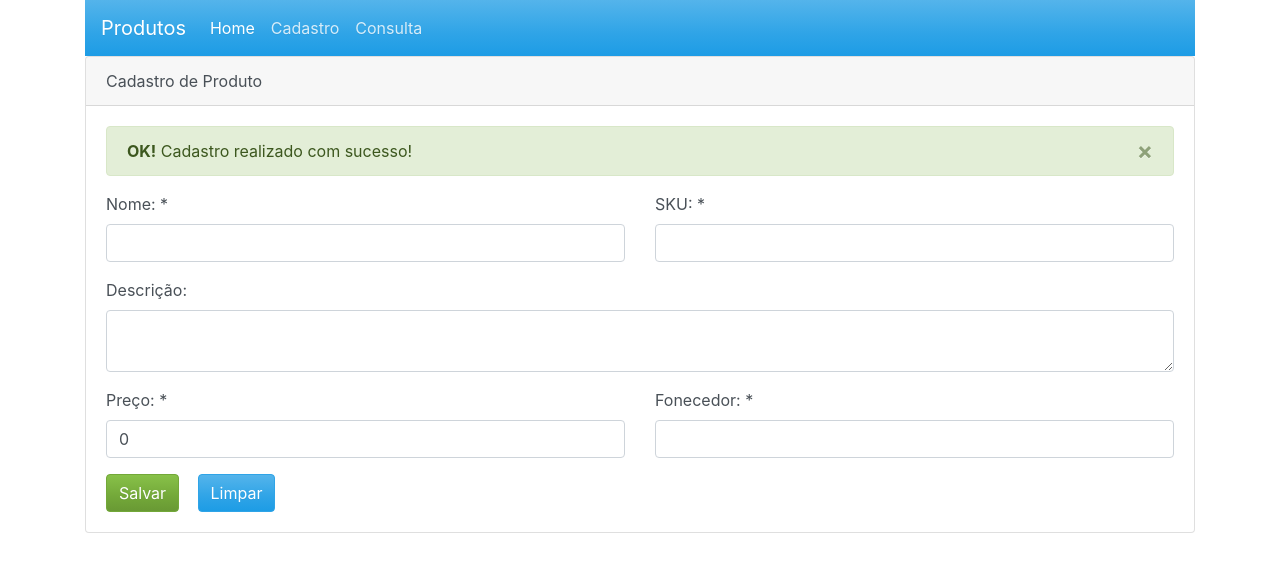
Repository: charles014/curso-react-2020
Page: /#/cadastro-produtos (app in cadastro-produtos/)
The author's editor kept a copy of each file at every save. The page is drawn from the files as they stood at one save, then again after a run of saves.
The browser window is 1280 px wide. The pictures show the whole page.
Some web libraries are served in a nearby version. The project was rebuilt for these pictures with package versions that can differ from the ones it lists, and the page was loaded fresh each time. Also part of the build but not shown: cadastro-produtos/src/index.css, cadastro-produtos/src/pages/home.js.

Above is the page before, as saved 2020-09-18 15:17:13.

### cadastro-produtos/src/index.js
import React from 'react';
import ReactDOM from 'react-dom';

import 'bootswatch/dist/cerulean/bootstrap.min.css';
import './index.css';
import App from './App';


ReactDOM.render(
  <React.StrictMode>
    <App />
  </React.StrictMode>,
  document.getElementById('root')
);

### cadastro-produtos/src/App.js
import React from 'react';
import Navbar from './components/navbar'
import Rotas from './rotas'

function App() {
  return (
    <>
      <div className='container'>
        <Navbar />
        <Rotas />
      </div>
    </>
  );
}

export default App;

### cadastro-produtos/src/components/navbar.js
import React from "react"


function Navbar() {

    return (
        <nav className="navbar navbar-expand-lg navbar-dark bg-primary">
            <a className="navbar-brand" href="#">Produtos</a>
            <button className="navbar-toggler"
                    type="button"
                    data-toggle="collapse"
                    data-target="#navbarColor01"
                    aria-controls="navbarColor01"
                    aria-expanded="false"
                    aria-label="Toggle navigation">
                <span className="navbar-toggler-icon"></span>
            </button>

            <div className="collapse navbar-collapse" id="navbarColor01">
                <ul className="navbar-nav mr-auto">
                    <li className="nav-item active">
                        <a className="nav-link" href="#">Home <span className="sr-only">(current)</span></a>
                    </li>
                    <li className="nav-item">
                        <a className="nav-link" href="#">Cadastro</a>
                    </li>
                    <li className="nav-item">
                        <a className="nav-link" href="#">Consulta</a>
                    </li>
                </ul>
            </div>
        </nav>

    )

}

export default Navbar

### cadastro-produtos/src/rotas.js
import React from 'react'
import { HashRouter, Switch, Route } from 'react-router-dom'

import Home from './pages/home'
import CadastroProduto from './pages/produtos/cadastro'

function Rotas(){
    return (

        <HashRouter>
            <Switch>
                <Route exact path="/" component={Home} />
                <Route exact path="/cadastro-produtos" component={CadastroProduto} />
            </Switch>
        </HashRouter>
    )
}

export default Rotas;

### cadastro-produtos/src/pages/produtos/cadastro.js
import React from 'react'
import ProdutosService from '../../app/produtoService'

const estadoInicial = {
     nome: '',
     sku: '',
     descricao: '',
     preco: 0.00,
     fornecedor: '',
     sucesso: false
}
class CadastroProduto extends React.Component {

     state = estadoInicial

     constructor(){
          super()
          this.service = new ProdutosService();
     }

     onChange = (event) => {
          const valor = event.target.value
          const nomeDoCampo = event.target.name
          this.setState({ [nomeDoCampo]: valor })
     }

     onSubmit = (event) => {

          const produto = {
               nome: this.state.nome,
               sku: this.state.sku,
               descricao: this.state.descricao,
               preco: this.state.preco,
               fornecedor: this.state.fornecedor

          }
          this.service.salvar(produto)
          this.limpaCampos()
          console.log('SALVO COM SUCESSO!')
     }

     limpaCampos = () =>{
          this.setState(estadoInicial)
     }


     render() {
          return (
               <div className="card">
                    <div className="card-header">
                         Cadastro de Produto
                    </div>
                    <div className="card-body">
                         <div v-if="sucesso">
                         <div class="alert alert-dismissible alert-success">
                         <button type="button" className="close" data-dismiss="alert">&times;</button>
                         <strong>OK!</strong> Cadastro realizado com sucesso!
                         </div>
                         </div>
                         <div className="row">
                              <div className="col-md-6">
                                   <div className="form-group">
                                        <label>Nome: * </label>
                                        <input onChange={this.onChange} type="text" name="nome" value={this.state.nome} required className="form-control" />
                                   </div>
                              </div>
                              <div className="col-md-6">
                                   <div className="form-group">
                                        <label>SKU: * </label>
                                        <input onChange={this.onChange} type="text" name="sku" value={this.state.sku} className="form-control" />
                                   </div>
                              </div>
                         </div>
                         <div className="row">
                              <div className="col-md-12">
                                   <div className="form-group">
                                        <label>Descrição:</label>
                                        <textarea onChange={this.onChange} name="descricao" className="form-control" value={this.state.descricao} />

                                   </div>
                              </div>
                         </div>
                         <div className="row">
                              <div className="col-md-6">
                                   <div className="form-group">
                                        <label>Preço: * </label>
                                        <input onChange={this.onChange} name="preco" type="text" value={this.state.preco} className="form-control" />
                                   </div>
                              </div>
                              <div className="col-md-6">
                                   <div className="form-group">
                                        <label>Fonecedor: * </label>
                                        <input onChange={this.onChange} name="fornecedor" type="text" value={this.state.fornecedor} className="form-control" />
                                   </div>
                              </div>
                         </div>

                         <div className="row">
                              <div className="col-md-1">
                                   <button onClick={this.onSubmit} className="btn btn-success">Salvar </button>
                              </div>
                              <div className="col-md-1">
                                   <button onClick={this.limpaCampos} className="btn btn-primary">Limpar </button>
                              </div>
                         </div>
                    </div>
               </div>

          )

     }


}

export default CadastroProduto

### cadastro-produtos/src/app/produtoService.js
import React  from 'react'

const PRODUTOS = '_PRODUTOS'

export default class ProdutoService{

  salvar = (produto)=> {
        let produtos = localStorage.getItem(PRODUTOS)

        if(!produtos){
            produtos = []
        } else {
            produtos = JSON.parse(produtos)
        }

        produtos.push(produto)

        localStorage.setItem(PRODUTOS, JSON.stringify(produtos))

  }

}

Loaded but not shown: cadastro-produtos/public/index.html (common file)

After the next 4 saves:
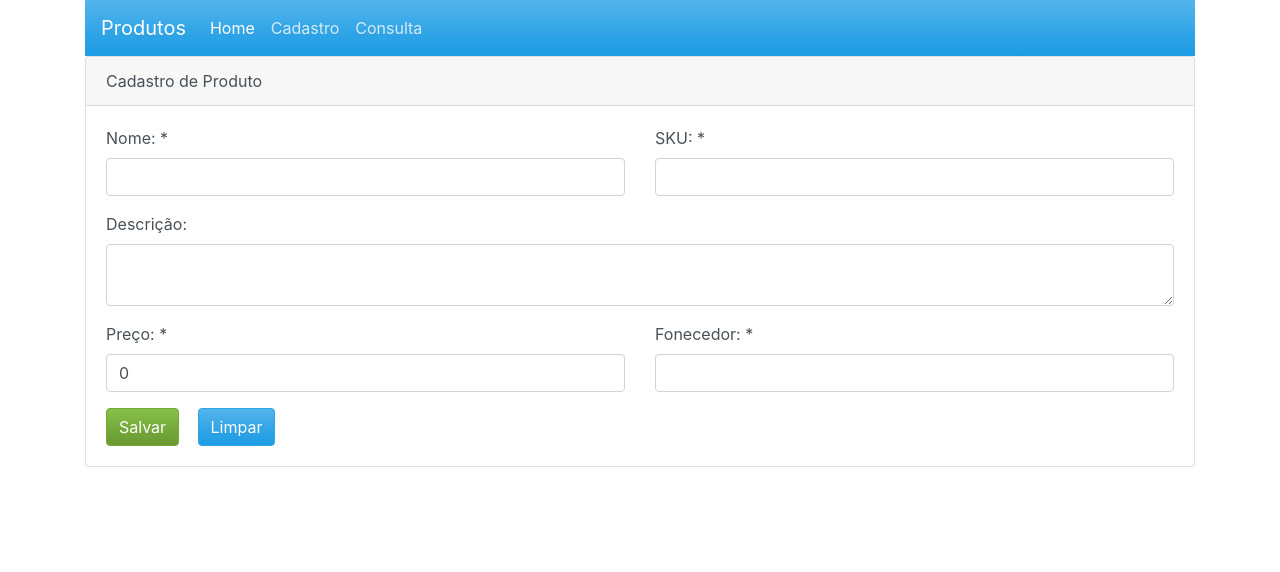
The 4 saves are shown as one change because 3 did not build or start.
The last was saved 3 min 4 s later.
--- a/cadastro-produtos/src/pages/produtos/cadastro.js
+++ b/cadastro-produtos/src/pages/produtos/cadastro.js
@@ -51,12 +51,18 @@ class CadastroProduto extends React.Component {
                          Cadastro de Produto
                     </div>
                     <div className="card-body">
-                         <div v-if="sucesso">
-                         <div class="alert alert-dismissible alert-success">
-                         <button type="button" className="close" data-dismiss="alert">&times;</button>
-                         <strong>OK!</strong> Cadastro realizado com sucesso!
-                         </div>
-                         </div>
+                         {this.state.sucesso ?
+                         (
+                              <div class="alert alert-dismissible alert-success">
+                              <button type="button" className="close" data-dismiss="alert">&times;</button>
+                              <strong>OK!</strong> Cadastro realizado com sucesso!
+                              </div>
+                          ) : (
+                            <>
+                            </>
+                          )
+                         }
+
                          <div className="row">
                               <div className="col-md-6">
                                    <div className="form-group">
